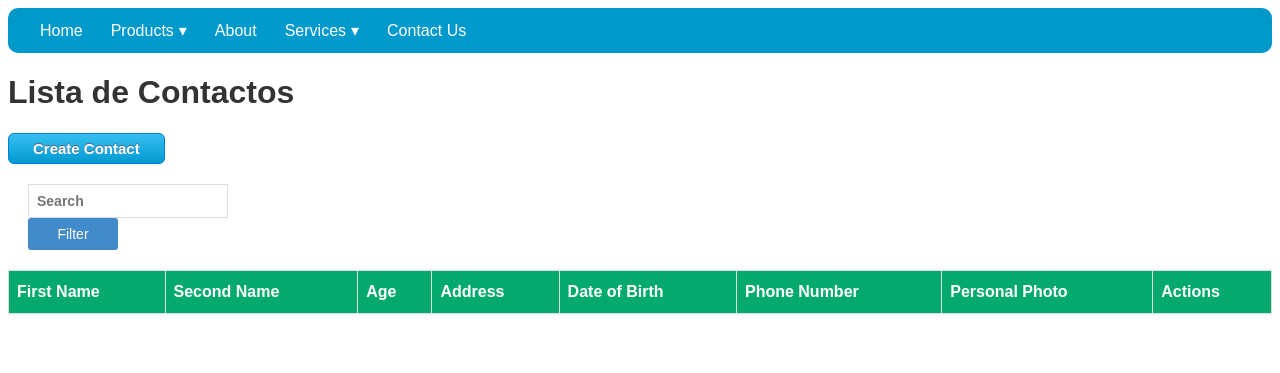
Repository: fgala1619/frontSistGestionBank
Page: index.html
An editor plug-in stored every save of this project. The page is shown before and after the next save, followed by the edit.
The browser window is 1280 px wide. The pictures show the whole page.
The page's requests for data from a server got no answer.

Above is the page before, as saved 2023-07-27 21:02:03.

### index.html
<link rel="stylesheet" href="style.css" />
<link rel="stylesheet" href="menu.css" />
<script src="script.js"></script>

<nav id='menu'>
  <input type='checkbox' id='responsive-menu' onclick='updatemenu()'><label></label>
  <ul>
    <li><a href='http://'>Home</a></li>
    <li><a class='dropdown-arrow' href='http://'>Products</a>
      <ul class='sub-menus'>
        <li><a href='http://'>Products 1</a></li>
        <li><a href='http://'>Products 2</a></li>
        <li><a href='http://'>Products 3</a></li>
        <li><a href='http://'>Products 4</a></li>
      </ul>
    </li>
    <li><a href='http://'>About</a></li>
    <li><a class='dropdown-arrow' href='http://'>Services</a>
      <ul class='sub-menus'>
        <li><a href='http://'>Services 1</a></li>
        <li><a href='http://'>Services 2</a></li>
        <li><a href='http://'>Services 3</a></li>
      </ul>
    </li>
    <li><a href='http://'>Contact Us</a></li>
  </ul>
</nav>




<h1>Lista de Contactos</h1>

<a onclick="agregar()" href="#" class="myButton">Create Contact</a><br/>

<div class="modal-body">
      <input id="txtBuscar" type="text" placeholder="Search" size="30" /><br/>
      <a href="#" onclick="save()" class="btn" id="btn_ingresar">Filter</a>
</div>

<table id="customers">
  <thead>
    <tr>
        <th>First Name</th>
        <th>Second Name</th>
        <th>Age</th>
        <th>Address</th>
        <th>Date of Birth</th>
        <th>Phone Number</th>
        <th>Personal Photo</th>
        <th>Actions</th>
    </tr>
  </thead>

  <tbody>

  </tbody>

</table>


<!-- Modal -->
<div id="modal" class="modale" aria-hidden="true">
  <div class="modal-dialog">
    <div class="modal-header">
      <h2>Contact Information</h2>

      <a onclick="cerrarModal()" href="#" class="btn-close closemodale" aria-hidden="true">&times;</a>
    </div>
    <div class="modal-body">
      <input id="txtId" type="hidden" placeholder="Id" size="20" /><br/>
      <input id="txtFirstName" type="text" placeholder="First Name" size="20" /><br/>
      <input id="txtSecondName" type="text" placeholder="Second Name" size="20" /><br/>
      <input id="txtAge" type="text" placeholder="Age" size="20" /><br/>
      <input id="txtAddress" type="text" placeholder="Address" size="20" /><br/>
      <input id="txtDateBirth" type="text" placeholder="Date of Birth" size="20" /><br/>
      <input id="txtPhoneNumber" type="text" placeholder="Phone Number" size="20" /><br/>
      <input id="txtFoto" type="text" placeholder="Personal Photo" size="20" /><br/>
    </div>
    <div class="modal-footer">


      <a href="#" onclick="save()" class="btn" id="btn_ingresar">Insert</a>
    </div>
  </div>
</div>
<!-- /Modal -->

### style.css
#customers {
        font-family: Arial, Helvetica, sans-serif;
        border-collapse: collapse;
        width: 100%;
    }

    #customers td, #customers th {
        border: 1px solid #ddd;
        padding: 8px;
    }

    #customers tr:nth-child(even){background-color: #f2f2f2;}
    #customers tr:hover{background-color:#ddd;}

    #customers th{
        padding-top: 12px;
        padding-bottom: 12px;
        text-align: left;
        background-color: #04AA6D;
        color: white;
    }

    .myButton{
        box-shadow: 0px 1px 0px 0px #f0f7fa;
        background: linear-gradient(to bottom, #33bdef 5%, #019ad2 100%);
        background-color:#33bdef;
        border-radius: 6px;
        border: 1px solid #057fd0;
        display: inline-block;
        cursor: pointer;
        color: #ffffff;
        font-family: Arial;
        font-size: 15px;
        font-weight: bold;
        padding: 6px 24px;
        text-decoration: none;
        text-shadow: 0px -1px 0px #5b6178;
    }
    .myButton:hover{
        background: linear-gradient(to bottom, #019ad2 5%, #33bdef 100%);
        background-color:#019ad2;
    }
    .myButton:active{
        position: relative;
        top: 1px;
    }

    .btnDelete{
        box-shadow: 0px 1px 0px 0px #f0f7fa;
        background: linear-gradient(to bottom, #ed3434 5%, #d10202 100%);
        background-color:#ed3434;
        border-radius: 6px;
        border: 1px solid #cf0606;
        display: inline-block;
        cursor: pointer;
        color: #ffffff;
        font-family: Arial;
        font-size: 15px;
        font-weight: bold;
        padding: 6px 24px;
        text-decoration: none;
        text-shadow: 0px -1px 0px #5b6178;
    }
    .btnDelete:hover{
        background: linear-gradient(to bottom, #d10202 5%, #ed3434 100%);
        background-color:#d10202;
    }
    .btnDelete:active{
        position: relative;
        top: 1px;
    }






    body{
  font-family:sans-serif;
  color:#333;
}

.btn {
  background: #428bca;
  border: #357ebd solid 0px;
  border-radius: 3px;
  color: #fff;
  display: inline-block;
  font-size: 14px;
  padding: 8px 15px;
  text-decoration: none;
  text-align: center;
  min-width: 60px;
  position: relative;
  transition: color .1s ease;
}
.btn:hover {
  background: #357ebd;
}
.btn.btn-big {
  font-size: 18px;
  padding: 15px 20px;
  min-width: 100px;
}
.btn-close {
  color: #aaaaaa;
  font-size: 20px;
  text-decoration: none;
  padding:10px;
  position: absolute;
  right: 7px;
  top: 0;
}
.btn-close:hover {
  color: #919191;
}
.modale:before {
  content: "";
  display: none;
  background: rgba(0, 0, 0, 0.6);
  position: fixed;
  top: 0;
  left: 0;
  right: 0;
  bottom: 0;
  z-index: 10;
}
.opened:before {
  display: block;
}
.opened .modal-dialog {
  -webkit-transform: translate(0, 0);
  -ms-transform: translate(0, 0);
  transform: translate(0, 0);
  top: 20%;
}
.modal-dialog {
  background: #fefefe;
  border: #333333 solid 0px;
  border-radius: 5px;
  margin-left: -200px;
  text-align:center;
  position: fixed;
  left: 50%;
  top: -100%;
  z-index: 11;
  width: 360px;
  box-shadow:0 5px 10px rgba(0,0,0,0.3);
  -webkit-transform: translate(0, -500%);
  -ms-transform: translate(0, -500%);
  transform: translate(0, -500%);
  -webkit-transition: -webkit-transform 0.3s ease-out;
  -moz-transition: -moz-transform 0.3s ease-out;
  -o-transition: -o-transform 0.3s ease-out;
  transition: transform 0.3s ease-out;
}
.modal-body {
  padding: 20px;
}
.modal-body input{
  width:200px;
  padding:8px;
  border:1px solid #ddd;
  color:#888;
  outline:0;
  font-size:14px;
  font-weight:bold
}
.modal-header,
.modal-footer {
  padding: 10px 20px;
}
.modal-header {
  border-bottom: #eeeeee solid 1px;
}
.modal-header h2 {
  font-size: 20px;
}

### menu.css
#menu {
	background: #0099CC;
	color: #FFF;
	height: 45px;
	padding-left: 18px;
	border-radius: 10px;
}
#menu ul, #menu li {
	margin: 0 auto;
	padding: 0;
	list-style: none
}
#menu ul {
	width: 100%;
}
#menu li {
	float: left;
	display: inline;
	position: relative;
}
#menu a {
	display: block;
	line-height: 45px;
	padding: 0 14px;
	text-decoration: none;
	color: #FFFFFF;
	font-size: 16px;
}
#menu a.dropdown-arrow:after {
	content: "\25BE";
	margin-left: 5px;
}
#menu li a:hover {
	color: #0099CC;
	background: #F2F2F2;
}
#menu input {
	display: none;
	margin: 0;
	padding: 0;
	height: 45px;
	width: 100%;
	opacity: 0;
	cursor: pointer
}
#menu label {
	display: none;
	line-height: 45px;
	text-align: center;
	position: absolute;
	left: 35px
}
#menu label:before {
	font-size: 1.6em;
	content: "\2261";
	margin-left: 20px;
}
#menu ul.sub-menus{
	height: auto;
	overflow: hidden;
	width: 170px;
	background: #444444;
	position: absolute;
	z-index: 99;
	display: none;
}
#menu ul.sub-menus li {
	display: block;
	width: 100%;
}
#menu ul.sub-menus a {
	color: #FFFFFF;
	font-size: 16px;
}
#menu li:hover ul.sub-menus {
	display: block
}
#menu ul.sub-menus a:hover{
	background: #F2F2F2;
	color: #444444;
}
@media screen and (max-width: 800px){
	#menu {position:relative}
	#menu ul {background:#111;position:absolute;top:100%;right:0;left:0;z-index:3;height:auto;display:none}
	#menu ul.sub-menus {width:100%;position:static;}
	#menu ul.sub-menus a {padding-left:30px;}
	#menu li {display:block;float:none;width:auto;}
	#menu input, #menu label {position:absolute;top:0;left:0;display:block}
	#menu input {z-index:4}
	#menu input:checked + label {color:white}
	#menu input:checked + label:before {content:"\00d7"}
	#menu input:checked ~ ul {display:block}
}

### script.js
document.addEventListener("DOMContentLoaded", init);

const URL_API = 'https://localhost:7286/api/'

var contactos = []

function init()
{
   search()
}

async function search()
{
    var url = URL_API + 'DatosContacto'

    var response = await fetch(url, {

        "method": "GET",
        "headers": {
            "Content-Type": 'application/json'
        }
    })

    contactos = await response.json();

    var html = ''

    for (contacto of contactos)
    {
         var row = `<tr>
            <td>${contacto.firstName}</td>
            <td>${contacto.secondName}</td>
            <td>${contacto.age}</td>
            <td>${contacto.address}</td>
            <td>${contacto.dateOfBirth}</td>
            <td>${contacto.phoneNumber}</td>
            <td>${contacto.urlFoto}</td>
            <td>
            <a href="#" onclick="edit(${contacto.id})" class="myButton">Edit</a>
            <a href="#" onclick="remove(${contacto.id})" class="btnDelete">Delete</a>
            </td>
            </tr>`

          html = html + row
    }

     document.querySelector('#customers > tbody').outerHTML = html
}

async function remove(id)
{
   respuesta = confirm('¿Esta seguro que desea eliminarlo?')

   if (respuesta)
   {
       var url = URL_API + 'DatosContacto/' + id
       var response = await fetch(url, {
        "method": "DELETE",
        "headers": {
            "Content-Type": 'application/json'
        }
       })
       window.location.reload()
   }
}

async function save()
{
    var data ={

        "firstName": document.getElementById('txtFirstName').value,
        "secondName": document.getElementById('txtSecondName').value,
        "age": document.getElementById('txtAge').value,
        "address": document.getElementById('txtAddress').value,
        "dateOfBirth": document.getElementById('txtDateBirth').value,
        "phoneNumber": document.getElementById('txtPhoneNumber').value,
        "urlFoto": document.getElementById('txtFoto').value,
    }

    //var Id = document.getElementById('txtId').value

    //if (Id =! '')
    //{
       //data.id = Id
    //}

    var url = URL_API + 'DatosContacto'
    await fetch(url, {
    "method": 'POST',
    "body": JSON.stringify(data),
    "headers": {
        "Content-Type": 'application/json'
    }
    })

    window.location.reload()

}

 function abrirFormulario(){
    htmlModal = document.getElementById("modal");
    htmlModal.setAttribute("class", "modale opened");
}

function cerrarModal(){
    htmlModal = document.getElementById("modal");
    htmlModal.setAttribute("class", "modale");
}

async function edit(id)
{
   abrirFormulario()

   var result =  contactos.find(x => x.id == id)
  debugger;
    document.getElementById('txtId').value = result.id
    document.getElementById('txtFirstName').value = result.firstName
    document.getElementById('txtSecondName').value = result.secondName
    document.getElementById('txtAge').value = result.age
    document.getElementById('txtAddress').value = result.address
    document.getElementById('txtDateBirth').value = result.dateOfBirth
    document.getElementById('txtPhoneNumber').value = result.phoneNumber
    document.getElementById('txtFoto').value = result.urlFoto

}

function clean()
{
    document.getElementById('txtId').value = ''
    document.getElementById('txtFirstName').value = ''
    document.getElementById('txtSecondName').value = ''
    document.getElementById('txtAge').value = ''
    document.getElementById('txtAddress').value = ''
    document.getElementById('txtDateBirth').value = ''
    document.getElementById('txtPhoneNumber').value = ''
    document.getElementById('txtFoto').value = ''
}

function agregar()
{
    clean()
    abrirFormulario()
}

After the next save:
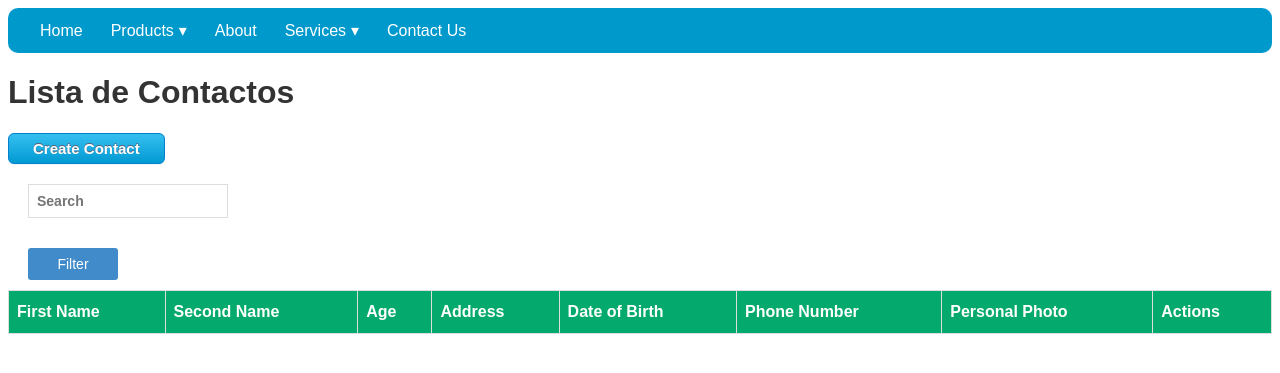
Saved 59 s later.
--- a/index.html
+++ b/index.html
@@ -35,6 +35,9 @@
 
 <div class="modal-body">
       <input id="txtBuscar" type="text" placeholder="Search" size="30" /><br/>
+</div>
+<div class="modal-footer">
+
       <a href="#" onclick="save()" class="btn" id="btn_ingresar">Filter</a>
 </div>
 
@@ -79,7 +82,6 @@
     </div>
     <div class="modal-footer">
 
-
       <a href="#" onclick="save()" class="btn" id="btn_ingresar">Insert</a>
     </div>
   </div>
